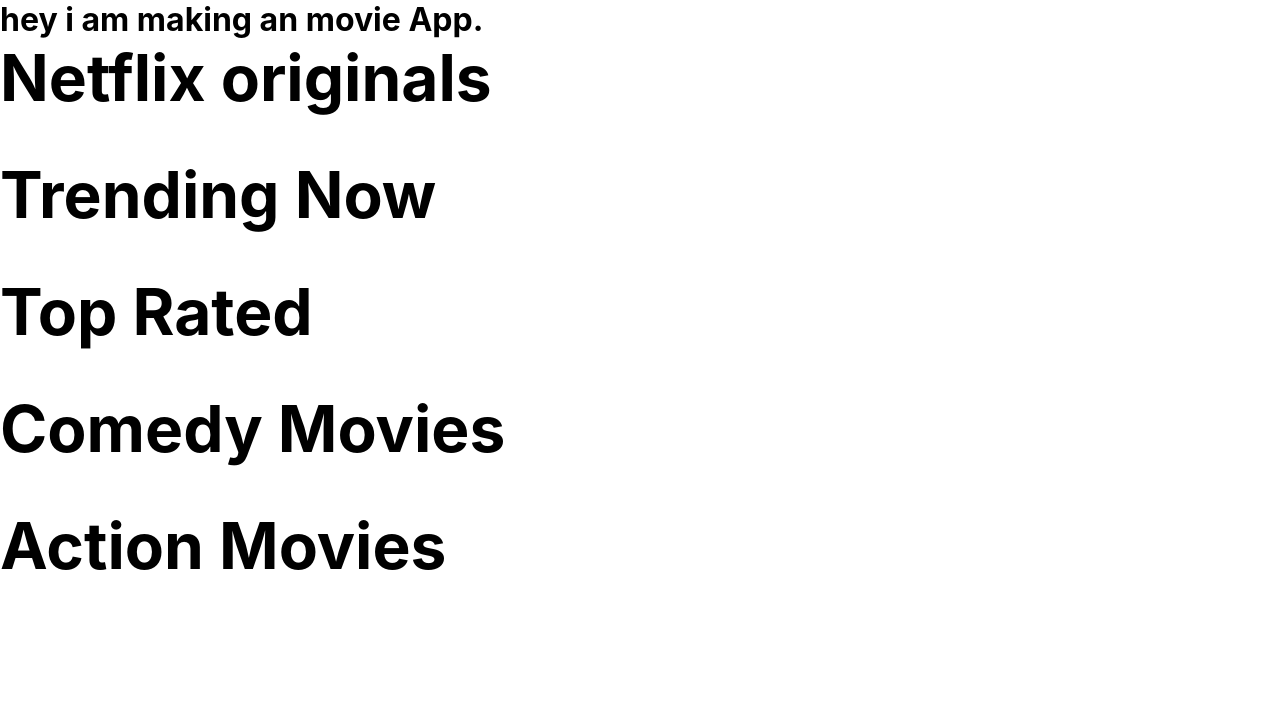
Repository: ramtoppo12/movieApp
Page: /
The author's editor kept a copy of each file at every save. The page is drawn from the files as they stood at one save, then again after the next save.
The browser window is 1280 px wide. The pictures show the whole page.
The page's requests for data from a server got no answer. The project was rebuilt for these pictures with package versions that can differ from the ones it lists, and the page was loaded fresh each time. No one was signed in, and anything a server would have sent is missing. Also part of the build but not shown: src/App.css.

Above is the page before, as saved 2020-11-09 21:15:30.

After the next save:
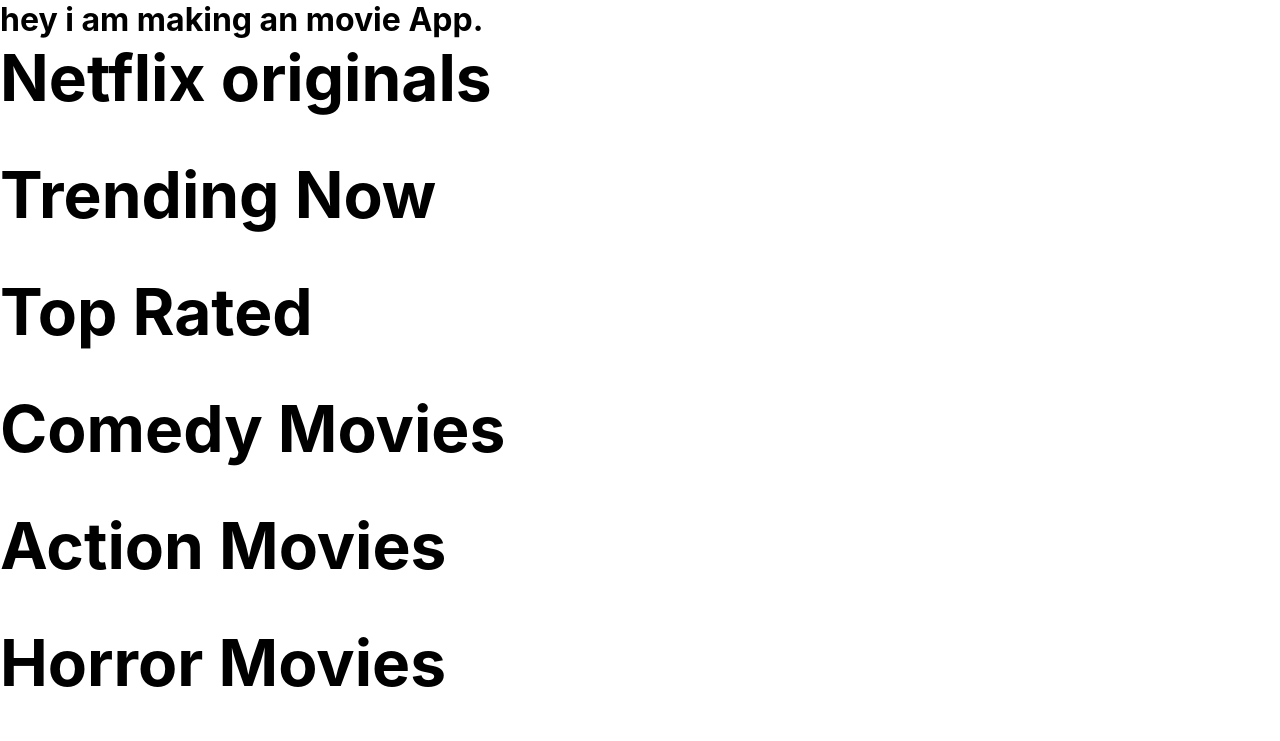
Saved 66 s later.
--- a/src/App.js
+++ b/src/App.js
@@ -13,6 +13,8 @@
         <Row title="Top Rated" fetchUrl={requests.fetchTopRated}/>
         <Row title="Comedy Movies" fetchUrl={requests.fetchComedyMovies}/>
         <Row title="Action Movies" fetchUrl={requests.fetchActionMovies}/>
+        <Row title="Horror Movies" fetchUrl={requests.fetchHorrorMovies}/>
+
 
       </h1>
     </div>
